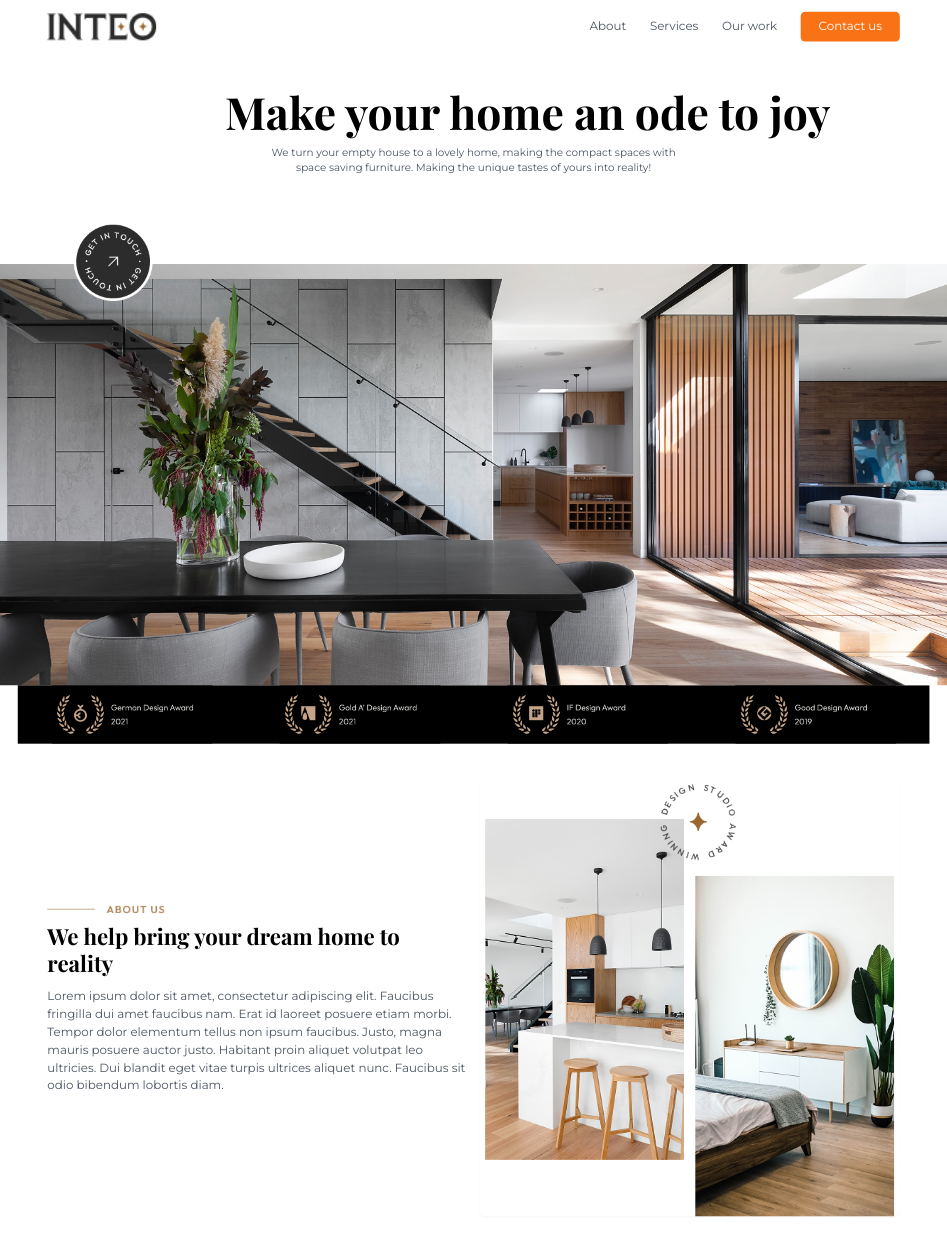
Repository: CatherinneJ/responsive-tailwind-website
Page: tailwind.html
An editor plug-in stored every save of this project. The page is shown before and after the next save, followed by the edit.
The browser window is 1280 px wide. The pictures show the whole page, at 74% of full size.
Some web libraries are served in a nearby version.

Above is the page before, as saved 2025-05-21 19:17:33.

### tailwind.html
<!DOCTYPE html>
<html lang="en">
<head>
    <meta charset="UTF-8">
    <meta name="viewport" content="width=device-width, initial-scale=1.0">
    <title>NTEO - Make your home an ode to joy</title>
    <script src="https://cdn.tailwindcss.com"></script>
    <link href="https://fonts.googleapis.com/css2?family=Playfair+Display:wght@400;700&family=Montserrat:wght@300;400;500;600&display=swap" rel="stylesheet">
    <style>
        .font-playfair {
            font-family: 'Playfair Display', serif;
        }
        body {
            font-family: 'Montserrat', sans-serif;
        }
    </style>
</head>
<body class="bg-white">
    <header class="py-3 px-4 sm:py-4 sm:px-6 lg:px-16">
        <nav class="flex justify-between items-center">
            <img src="./Assets/Logo.png" alt="logo" class="h-8 sm:h-10">
            <ul class="flex space-x-4 sm:space-x-6 md:space-x-8 items-center">
                <li class="hidden sm:inline-block text-gray-600 hover:text-black text-sm sm:text-base">About</li>
                <li class="hidden sm:inline-block text-gray-600 hover:text-black text-sm sm:text-base">Services</li>
                <li class="hidden md:inline-block text-gray-600 hover:text-black text-sm sm:text-base">Our work</li>
                <li class="bg-orange-500 text-white px-4 py-1 sm:px-6 sm:py-2 rounded-md hover:bg-orange-600 text-sm sm:text-base">Contact us</li>
            </ul>
        </nav>
    </header>
    <section class="flex flex-col items-center justify-center px-4 sm:px-6 lg:px-16 pt-6 pb-3 sm:pt-8 sm:pb-4 md:pt-12 md:pb-8 text-center">
        <h1 class="text-3xl sm:text-4xl md:text-5xl lg:text-6xl font-bold whitespace-normal sm:whitespace-nowrap font-playfair mb-3 sm:mb-4 max-w-2xl">
            Make your home an ode to joy
        </h1>

        <p class="text-base sm:text-lg md:text-sm text-gray-600 mb-6 sm:mb-8 max-w-md sm:max-w-xl">
            We turn your empty house to a lovely home, making the compact spaces with space saving furniture. Making the unique tastes of yours into reality!
        </p>
    </section>

    <section class="mt-0">
        <img src="./Assets/Creative.png" class="w-full sm:whitespace-wrap" alt="Creative">
    </section>

  <section id="awards" class="mt-0 sm:px-6">
 <div class="grid grid-cols-1 md:grid-cols-2 bg-black lg:grid-cols-4 gap-4 px-2 bg-black">
       <img src="./Assets/Awards1.png" class="w-3/4 mx-auto bg-black p-2 rounded-sm" alt="award1">
<img src="./Assets/Awards 2.png" class="w-3/4 mx-auto bg-black p-2 rounded-sm" alt="award2">
<img src="./Assets/Awards 3.png" class="w-3/4 mx-auto bg-black p-2 rounded-sm" alt="award3">
<img src="./Assets/Awards 4.png" class="w-3/4 mx-auto bg-black p-2 rounded-sm" alt="award4">
    </div>
</section>

    <section class="flex flex-col md:flex-row items-center gap-3 sm:gap-4 px-4 sm:px-6 lg:px-16 py-6 sm:py-8 md:py-12">
        <div class="md:w-1/2 order-2 md:order-1 mt-4 md:mt-0">

            <img src="./Assets/Eyebrow.png" class="mb-2 h-6 sm:h-4 md:h-5" alt="About us">

            <h2 class="text-xl sm:text-2xl md:text-3xl font-playfair font-bold mb-3 sm:mb-4">
                We help bring your dream home to reality
            </h2>
            <p class="text-gray-600 text-sm sm:text-base">
                Lorem ipsum dolor sit amet, consectetur adipiscing elit. Faucibus fringilla dui amet faucibus nam. Erat id laoreet posuere etiam morbi. Tempor dolor elementum tellus non ipsum faucibus. Justo, magna mauris posuere auctor justo. Habitant proin aliquet volutpat leo ultricies. Dui blandit eget vitae turpis ultrices aliquet nunc. Faucibus sit odio bibendum lobortis diam.
            </p>
        </div>
        <div class="md:w-1/2 order-1 md:order-2">
            <img src="./Assets/Section.png" alt="Home design" class="w-full rounded-lg shadow-sm">
        </div>
    </section>
</body>
</html>

After the next save:
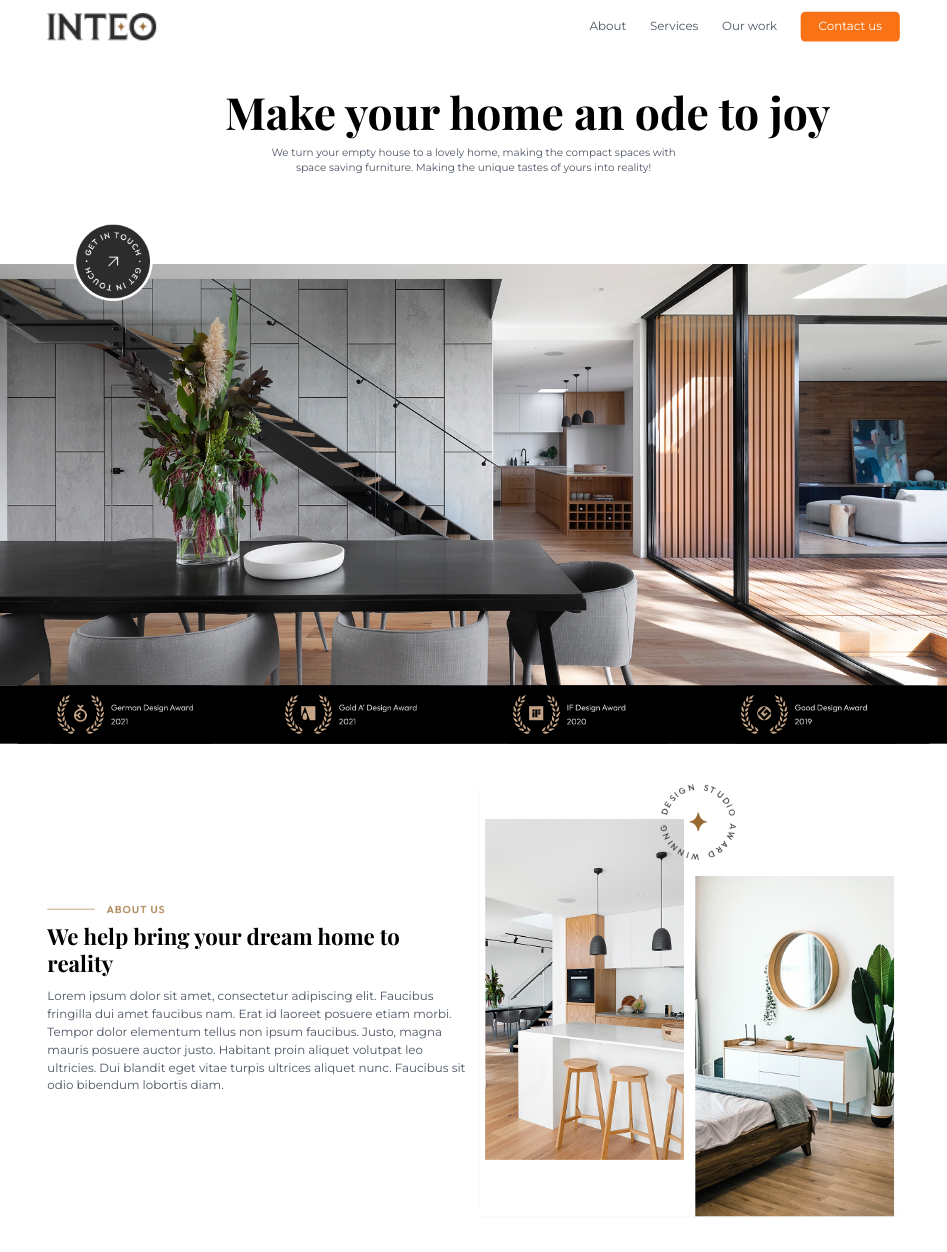
Saved 87 s later.
--- a/tailwind.html
+++ b/tailwind.html
@@ -41,7 +41,7 @@
         <img src="./Assets/Creative.png" class="w-full sm:whitespace-wrap" alt="Creative">
     </section>
 
-  <section id="awards" class="mt-0 sm:px-6">
+  <section id="awards" class=" bg-black mt-0 sm:px-6">
  <div class="grid grid-cols-1 md:grid-cols-2 bg-black lg:grid-cols-4 gap-4 px-2 bg-black">
        <img src="./Assets/Awards1.png" class="w-3/4 mx-auto bg-black p-2 rounded-sm" alt="award1">
 <img src="./Assets/Awards 2.png" class="w-3/4 mx-auto bg-black p-2 rounded-sm" alt="award2">
